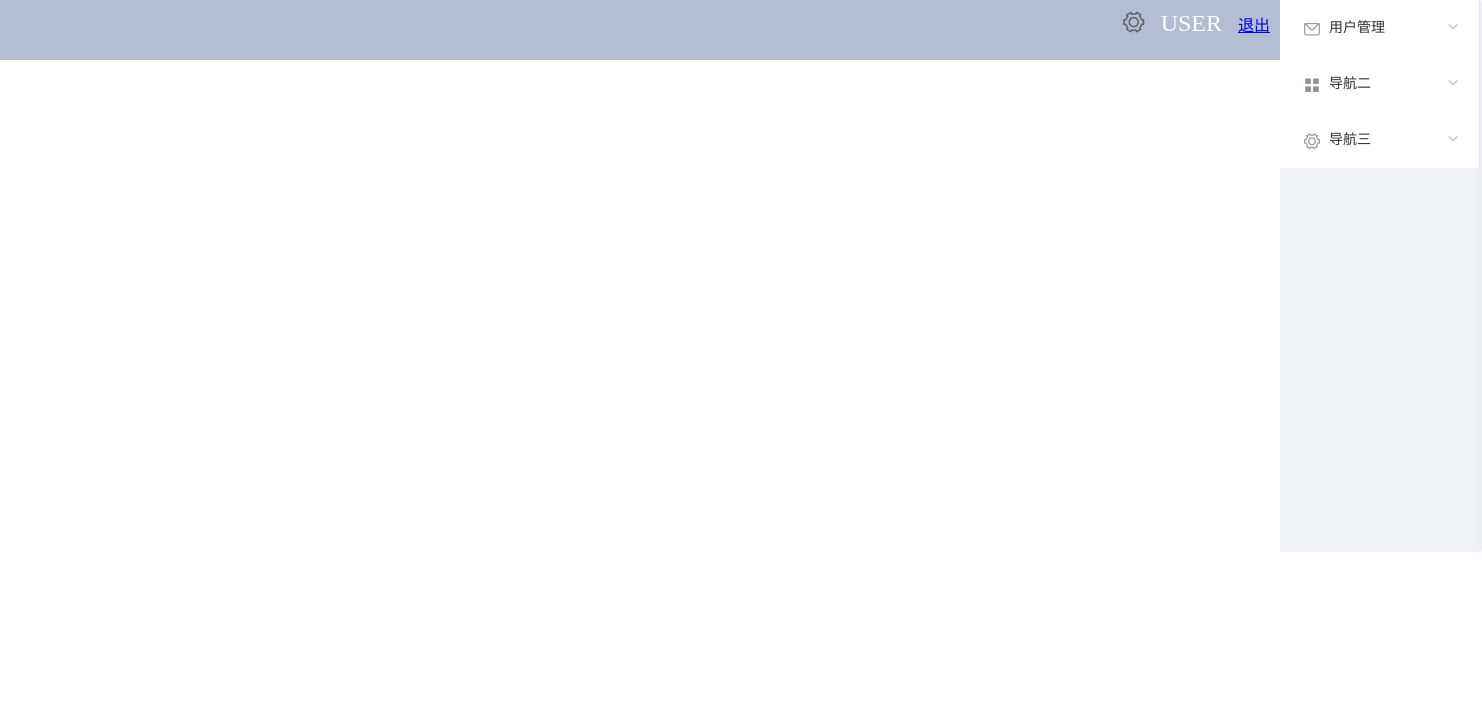
Repository: euphor1azzy/testlist
Page: /#/users (app in list/)
An editor plug-in stored every save of this project. The page is shown before and after the next save, followed by the edit.
The browser window is 1280 px wide. The page is 1482 px wide, so the pictures cover 1482 px, including what lies to the right of the window. The pictures show the whole page.
The project was rebuilt for these pictures with package versions that can differ from the ones it lists, and the page was loaded fresh each time. Requests to the local data server were answered from the project's data file. Also part of the build but not shown: list/src/utils/validate.js, list/src/views/login/login.vue.

Above is the page before, as saved 2020-08-27 14:47:37.

### list/src/main.js
// 引入组件
import Vue from 'vue'
import ElementUI from 'element-ui';
import App from './App.vue'
import router from './router'
import MyHttpServer from './plugins/http'
Vue.use(router);


// 引入css文件
import './assets/css/reset.css'
import 'element-ui/lib/theme-chalk/index.css';


//使用插件
Vue.use(ElementUI)
Vue.use(MyHttpServer)
Vue.config.productionTip = false


new Vue({
    el: '#app',
    router,
    render: h => h(App)
}).$mount('#app')

### list/src/App.vue
<template>
  <div id="app" >

    <router-view></router-view>
  </div>
</template>

<script>

</script>

<style>
#app{

  height:100vh
}
</style>

### list/src/router/index.js
import Vue from 'vue'
import Router from 'vue-router'
import Home from '../views/home.vue'
import Login from '../views/login/login.vue'
import Users from '../components/users/users.vue'



Vue.use(Router);



export default new Router({
    routes: [{
            path: '/',
            name: 'Home',
            component: Home,
            children: [{
                name: 'Users',
                path: 'users',
                component: Users
            }]

        },
        {
            name: 'Login',
            path: '/login',
            component: Login
        }
    ]
});

### list/src/plugins/http.js
//将axios改为插件
import axios from 'axios'
const MyHttpServer = {}


MyHttpServer.install = (Vue) => {
    axios.defaults.baseURL = 'http://localhost:8888/api/private/v1/'

    // 添加实例方法
    Vue.prototype.$http = axios

}

export default MyHttpServer

### list/src/assets/css/reset.css
/*! minireset.css v0.0.2 | MIT License | github.com/jgthms/minireset.css */

html,
body,
p,
ol,
ul,
li,
dl,
dt,
dd,
blockquote,
figure,
fieldset,
legend,
textarea,
pre,
iframe,
hr,
h1,
h2,
h3,
h4,
h5,
h6 {
    /* height: 100%; */
    margin: 0;
    padding: 0;
}

h1,
h2,
h3,
h4,
h5,
h6 {
    font-size: 100%;
    font-weight: normal;
}

ul {
    list-style: none;
}

button,
input,
select,
textarea {
    margin: 0;
}

html {
    box-sizing: border-box;
}

* {
    box-sizing: inherit;
}

*:before,
*:after {
    box-sizing: inherit;
}

img,
embed,
object,
audio,
video {
    height: auto;
    max-width: 100%;
}

iframe {
    border: 0;
}

table {
    border-collapse: collapse;
    border-spacing: 0;
}

td,
th {
    padding: 0;
    text-align: left;
}

### list/src/views/home.vue
<template>
 <el-container class="container">


  <!-- <div class="con"> -->
    <!-- 头部 -->
    <v-appnav></v-appnav>
     <!-- 侧边栏 -->

    <v-appslider></v-appslider>

    <!-- 内容 -->
   <!-- <v-list></v-list> -->
   <!-- <el-main class="main"> -->
     <router-view></router-view>
   <!-- </el-main> -->
  </el-container>
  <!-- </div> -->
</template>

<script>
// 导入组件

import AppNav from "../components/common/appnav";
import AppSlider from "../components/common/appslider";
// import List from "../components/list/list";

export default {
  name: "Home",
  // 注册组件
  components: {
    "v-appnav": AppNav,
    "v-appslider": AppSlider,
    // "v-list": List,
  },
};
</script>

<style>
/* .con {
  height: 100%;
  display: flex;
  flex: auto;
  flex-flow: row wrap;
  justify-content: flex-start;
} */
</style>

### list/src/components/users/users.vue
<template>
  <el-card class="box-card">
    <!-- 面包屑 -->
    <el-breadcrumb separator-class="el-icon-arrow-right">
      <!-- <el-breadcrumb-item :to="{ path: '/' }">首页</el-breadcrumb-item> -->
      <el-breadcrumb-item>首页</el-breadcrumb-item>
      <el-breadcrumb-item>用户管理</el-breadcrumb-item>
      <el-breadcrumb-item>用户列表</el-breadcrumb-item>
    </el-breadcrumb>

    <!-- 搜索 -->

    <el-row class="searchC">
      <el-col >
        <el-input placeholder="请输入内容" v-model="query" class="inputSearch">
          <el-button slot="append" icon="el-icon-search"></el-button>
                </el-input>


        <el-button  type="success">添加用户</el-button>
     </el-col>
    </el-row>
    <!-- 表格 -->
    <el-table :data="items">
      <el-table-column prop="id" label="ID" width="80"></el-table-column>
      <el-table-column prop="name" label="姓名" width="120"></el-table-column>
      <el-table-column prop="gender" label="性别"></el-table-column>
    </el-table>
  </el-card>
</template>

<script>

    import axios from 'axios'
export default {
created() {
    this.loadData();
  },
  methods: {
    loadData() {
      axios.get("http://localhost:3000/heroes").then((res) => {
        this.items = res.data;
      });
    },
  },
  name: "list",
  data() {
    return {
      query:'',
      items: [],
      name: "",
      gender: "",
    };
  },
}
</script>

<style>
.box-card {
  height: 100%;

}
.inputSearch {
  width: 100px;
}
.searchC {
  margin-top: 20px;
   width: 500px;
}
.btn-adduser{
  margin: 10px;
  display: inline-flex;
}
</style>

### list/src/components/common/appnav.vue
<template>
  <el-header class="nav">
    <el-dropdown>
      <i class="el-icon-setting" style="margin-right: 15px"></i>
      <el-dropdown-menu slot="dropdown">
        <el-dropdown-item>查看</el-dropdown-item>
        <el-dropdown-item>新增</el-dropdown-item>
        <el-dropdown-item>删除</el-dropdown-item>
      </el-dropdown-menu>
    </el-dropdown>
    <span>USER</span>
    <router-link to="/login" style="padding-left:16px;font-size:16px"
      >退出</router-link
    >
  </el-header>
</template>

<script>
export default {
  name: "AppNav",
};
</script>

<style scoped>

.nav {
  padding: 10px;
  text-align: right;
  font-size: 24px;
  width: 100%;
  color: #fff;
  background-color: #b2bfd2;
}
.el-icon-setting::before {
  font-size: 24px;
}
</style>

### list/src/components/common/appslider.vue
<template>
   <!-- <el-container style="height: 100%; border: 1px solid #eee"> -->
      <el-aside width="200px" style="background-color: rgb(238, 241, 246)">
        <el-menu :unique-opened="true"
        :router="true">
          <el-submenu index="1">
            <template slot="title">
              <i class="el-icon-message"></i>用户管理
            </template>
            <el-menu-item-group>
              <template slot="title">分组一</template>
              <el-menu-item index="users">用户列表</el-menu-item>
              <el-menu-item index="1-2">用户设置</el-menu-item>
            </el-menu-item-group>
            <el-menu-item-group title="分组2">
              <el-menu-item index="1-3">选项3</el-menu-item>
            </el-menu-item-group>
            <el-submenu index="1-4">
              <template slot="title">选项4</template>
              <el-menu-item index="1-4-1">选项4-1</el-menu-item>
            </el-submenu>
          </el-submenu>
          <el-submenu index="2">
            <template slot="title">
              <i class="el-icon-menu"></i>导航二
            </template>
            <el-menu-item-group>
              <template slot="title">分组一</template>
              <el-menu-item index="2-1">选项1</el-menu-item>
              <el-menu-item index="2-2">选项2</el-menu-item>
            </el-menu-item-group>
            <el-menu-item-group title="分组2">
              <el-menu-item index="2-3">选项3</el-menu-item>
            </el-menu-item-group>
            <el-submenu index="2-4">
              <template slot="title">选项4</template>
              <el-menu-item index="2-4-1">选项4-1</el-menu-item>
            </el-submenu>
          </el-submenu>
          <el-submenu index="3">
            <template slot="title">
              <i class="el-icon-setting"></i>导航三
            </template>
            <el-menu-item-group>
              <template slot="title">分组一</template>
              <el-menu-item index="3-1">选项1</el-menu-item>
              <el-menu-item index="3-2">选项2</el-menu-item>
            </el-menu-item-group>
            <el-menu-item-group title="分组2">
              <el-menu-item index="3-3">选项3</el-menu-item>
            </el-menu-item-group>
            <el-submenu index="3-4">
              <template slot="title">选项4</template>
              <el-menu-item index="3-4-1">选项4-1</el-menu-item>
            </el-submenu>
          </el-submenu>
        </el-menu>
      </el-aside>
   <!-- </el-container> -->
</template>

<script>
export default {

}
</script>

<style>
.default-active	{
  background-color: royalblue;
}
</style>

### list/server/db.json
{
    "users": [{
            "id": 1,
            "name": "abc",
            "age": 18,
            "gender": "男"
        },
        {
            "id": 2,
            "name": "SDSA",
            "age": 18,
            "gender": "男"
        },
        {
            "id": 3,
            "name": "SDSD",
            "age": 18,
            "gender": "女"
        },
        {
            "id": 4,
            "name": "FSAFA",
            "age": 18,
            "gender": "男"
        }
    ],
    "heroes": [{
        "id": 1,
        "name": "刘备",
        "gender": "男"
    }, {
        "id": 2,
        "name": "关羽",
        "gender": "男"
    }, {
        "id": 3,
        "name": "张飞",
        "gender": "男"
    }, {
        "id": 4,
        "name": "孙尚香",
        "gender": "女"
    }]
}

Loaded but not shown: list/public/index.html (common file)

After the next save:
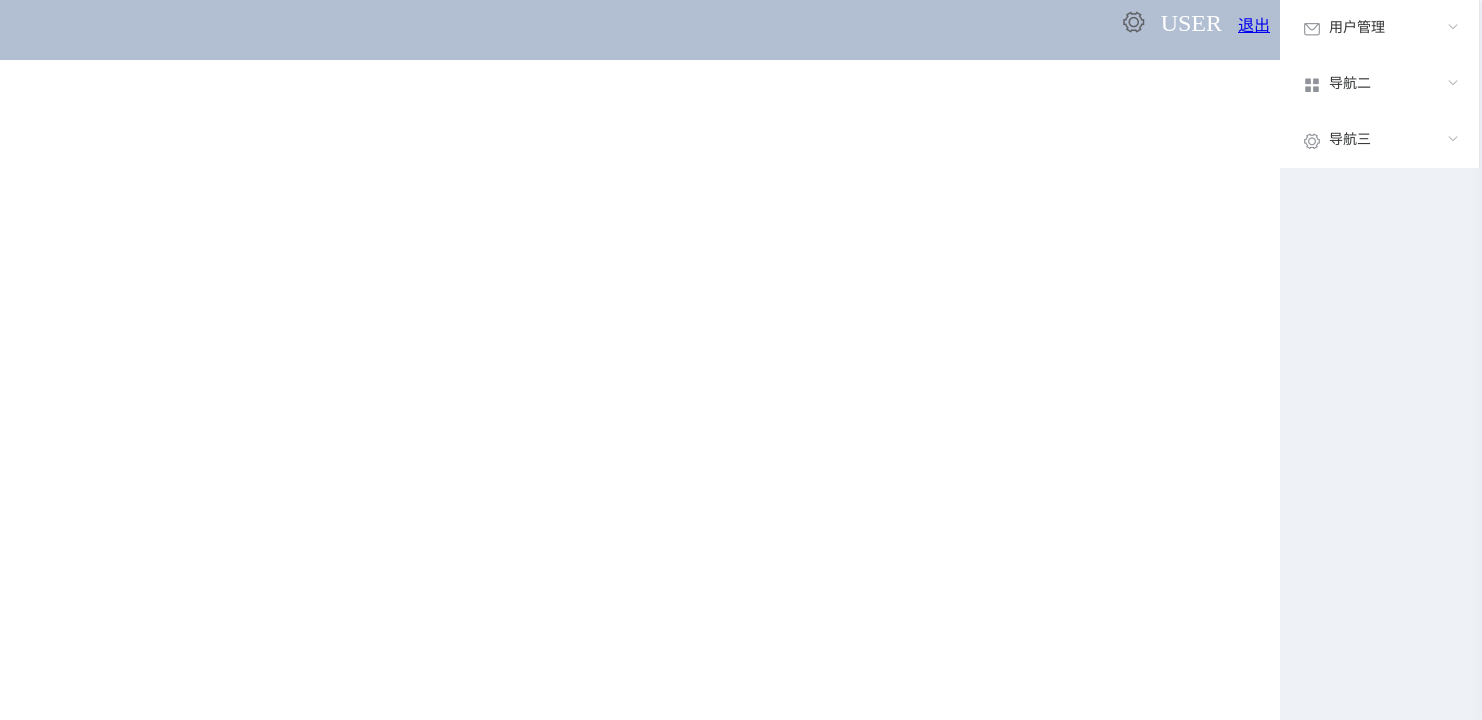
Saved 34 s later.
--- a/list/src/views/home.vue
+++ b/list/src/views/home.vue
@@ -37,6 +37,9 @@ export default {
 </script>
 
 <style>
+.container{
+  height: 100%;
+}
 /* .con {
   height: 100%;
   display: flex;
